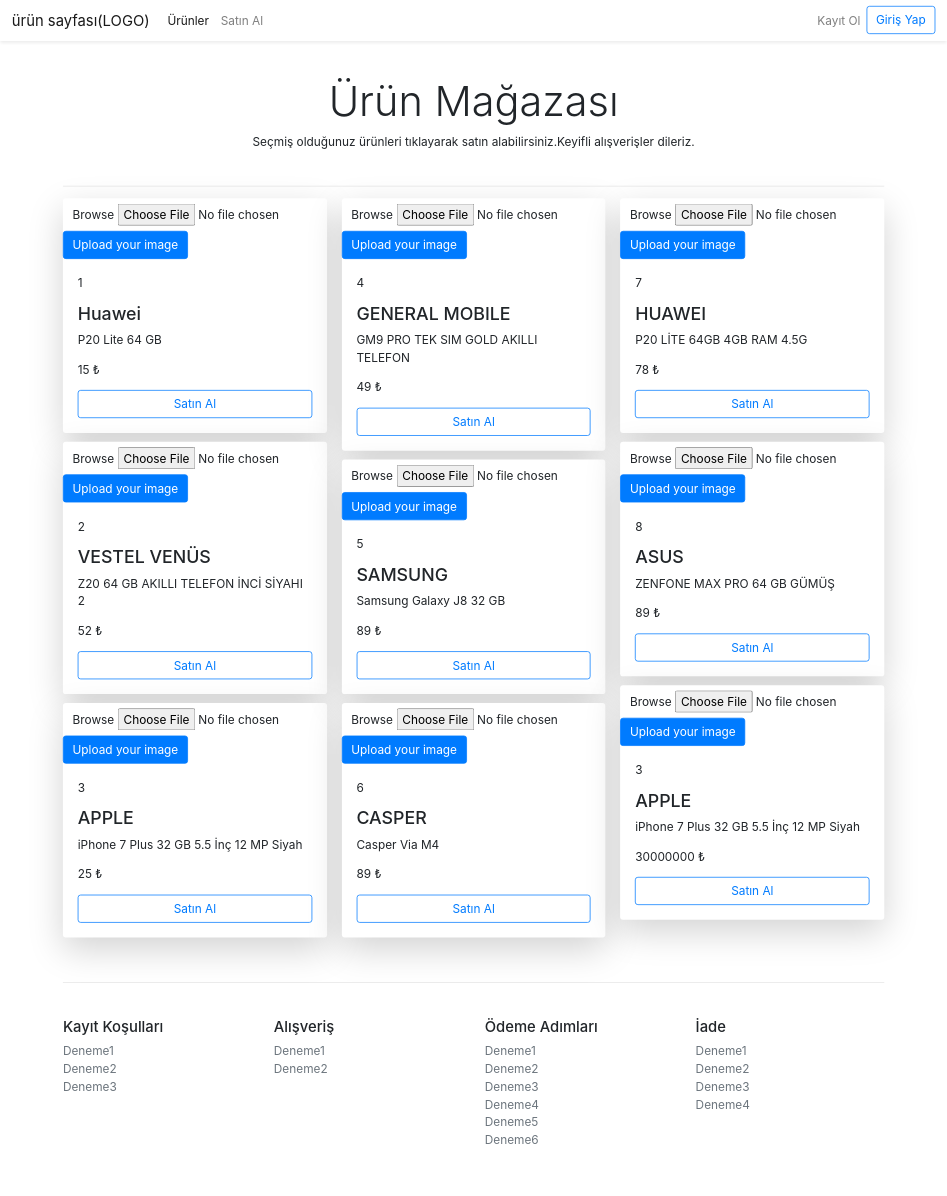
Repository: NergisAktug/E-Commerce-PythonWithFlask-Sqlite3
Page: http://localhost/
The author's editor kept a copy of each file at every save. The page is drawn from the files as they stood at one save, then again after the next save.
The browser window is 1280 px wide. The pictures show the whole page, at 74% of full size.
Some web libraries are served in a nearby version. The page is served by the project's application, run on Flask 3 (app.py). The page reads the database file committed with the project.

Above is the page before, as saved 2018-12-16 00:11:27.

### templates/index.html
<!doctype html>

<html lang="en">
  <head>
      <!-- Required meta tags -->
    <meta charset="utf-8">
    <meta name="viewport" content="width=device-width, initial-scale=1, shrink-to-fit=no">
    <link rel="stylesheet" href="https://use.fontawesome.com/releases/v5.5.0/css/all.css" integrity="sha384-B4dIYHKNBt8Bc12p+WXckhzcICo0wtJAoU8YZTY5qE0Id1GSseTk6S+L3BlXeVIU" crossorigin="anonymous">
    <!-- Bootstrap CSS -->
    <link rel="stylesheet" href="https://stackpath.bootstrapcdn.com/bootstrap/4.1.3/css/bootstrap.min.css" integrity="sha384-MCw98/SFnGE8fJT3GXwEOngsV7Zt27NXFoaoApmYm81iuXoPkFOJwJ8ERdknLPMO" crossorigin="anonymous">

    <title>Hello, world!</title>
  </head>
  <body>



    <nav class="navbar navbar-expand-lg navbar-light shadow-sm" >
        <a href="/" class="navbar-brand">ürün sayfası(LOGO)</a>
        <button class="navbar-toggler" type="button" data-toggle="collapse" data-target="#navbarMenü">
            <span class="navbar-toggler-icon"></span>
        </button>
        <div class="collapse navbar-collapse" id="navbarMenü">
            <ul class="navbar-nav mr-auto">
                <li class="nav-item">
                    <a href="/" class="nav-link active" >Ürünler</a>
                 </li>
                 <li class="nav-item">
                        <a href="/giris" class="nav-link">Satın Al</a>
                     </li>
                     </ul>

                     {% if mesaj %}
                     <ul class="navbar-nav">
                     <div class="alert alert-success">
                            <strong>Başardınız!</strong> {{mesaj}}
                          </div>
                          <li class="nav-item">
                                <a href="/uyeGiris" class="btn btn-outline-primary">Giriş Yap</a>
                               </li>
                            </ul>
                        {% else %}
        {% if  session['uye_giris'] %}
        <ul class="navbar-nav ml-auto">
               <li class="nav-item">  <a href="/sepetGoster" class="nav-link">Sepetim</a></li>
               <li class="nav-item">  <a href="/cikis" class="btn btn-outline-primary">Çıkış Yap</a></li>
            </ul>

        {% else %}
        {% if session['admin_giris']  %}
        <ul class="navbar-nav ml-auto">
                <li class="nav-item"><a href="/giris" >Admin</a></li>
                <li class="nav-item"><a href="/cikis" >Çıkış Yap</a></li>
        </ul>
        {% else %}
            <ul class="navbar-nav">
            <li class="nav-item">
            <a href="/kayit" class="nav-link">Kayıt Ol</a>
            </li>
            <li class="nav-item">
            <a href="/giris" class="btn btn-outline-primary">Giriş Yap</a>
            </li>
            </ul>
            {% endif %}
        {% endif %}
     {% endif %}
        </div>

    </nav>

    <div class="container my-5">
      <h1 class="display-4 text-center mb-2">Ürün Mağazası</h1>
       <p class="text-center mb-5">Seçmiş olduğunuz ürünleri  tıklayarak satın alabilirsiniz.Keyifli alışverişler dileriz.</p>
      <div class="clearfix"></div><hr>
      <div class="card-columns">
          {% if Urun==[] %}
          <div class="alert alert-warning" role="alert">Herhangi bir ürün yok...</div>
          {% else %}
          {% for kayit in Urun %}
          <div data-aos="fade-down" class="card border-0 shadow-lg">
                <form action="/yukle" method="post" enctype="multipart/form-data" >
                    <span class="btn btn-default btn-file">
                      Browse <input type="file" name="resim" class="card-img-top">
                    </span>

                  <input type="submit" value="Upload your image" class="btn btn-primary">
                </form>

             <div class="card-body">
                    {% for m in marka %}
                    {% if m.markaId==kayit.markaId %}

                    <p>{{m.markaId}}</p>
                    <h4>{{m.markaadi}}</h4>
                    <P>{{m.marka_modeli}} </P>
                    <p>{{kayit.urunFiyati}} ₺</p>
                    <a href="/sepet/kayit.markaId" class="btn btn-outline-primary btn-block">Satın Al</a>
                    {% endif %}
                 {% endfor %}


            </div>
          </div>

      {% endfor %}
      {% endif %}
       </div>
    <hr class="my-5">
</div>


   <footer class="my-5">
<div class="container">
      <div class="row">
     <div class="col-6 col-md-3">
       <h5>Kayıt Koşulları</h5>
       <ul class="list-unstyled">
        <li><a href="#" class="text-muted">Deneme1</a></li>
        <li><a href="#" class="text-muted">Deneme2</a></li>
        <li><a href="#" class="text-muted">Deneme3</a></li>

        </ul>
     </div>

     <div class="col-6 col-md-3">
        <h5>Alışveriş</h5>
        <ul class="list-unstyled">
            <li><a href="#" class="text-muted">Deneme1</a></li>
            <li><a href="#" class="text-muted">Deneme2</a></li>

         </ul>
      </div>
      <div class="col-6 col-md-3">
          <h5>Ödeme Adımları</h5>
          <ul class="list-unstyled">
              <li><a href="#" class="text-muted">Deneme1</a></li>
              <li><a href="#" class="text-muted">Deneme2</a></li>
              <li><a href="#" class="text-muted">Deneme3</a></li>
              <li><a href="#" class="text-muted">Deneme4</a></li>
              <li><a href="#" class="text-muted">Deneme5</a></li>
              <li><a href="#" class="text-muted">Deneme6</a></li>
           </ul>
        </div>
        <div class="col-6 col-md-3">
            <h5>İade</h5>
            <ul class="list-unstyled">
                <li><a href="#" class="text-muted">Deneme1</a></li>
                <li><a href="#" class="text-muted">Deneme2</a></li>
                <li><a href="#" class="text-muted">Deneme3</a></li>
                <li><a href="#" class="text-muted">Deneme4</a></li>
             </ul>
          </div>
      </div>
</div>
   </footer>

    <!-- Optional JavaScript -->
    <!-- jQuery first, then Popper.js, then Bootstrap JS -->
    <script src="https://unpkg.com/aos@2.3.1/dist/aos.js"></script>
    <script src="https://code.jquery.com/jquery-3.3.1.slim.min.js" integrity="sha384-q8i/X+965DzO0rT7abK41JStQIAqVgRVzpbzo5smXKp4YfRvH+8abtTE1Pi6jizo" crossorigin="anonymous"></script>
    <script src="https://cdnjs.cloudflare.com/ajax/libs/popper.js/1.14.3/umd/popper.min.js" integrity="sha384-ZMP7rVo3mIykV+2+9J3UJ46jBk0WLaUAdn689aCwoqbBJiSnjAK/l8WvCWPIPm49" crossorigin="anonymous"></script>
    <script src="https://stackpath.bootstrapcdn.com/bootstrap/4.1.3/js/bootstrap.min.js" integrity="sha384-ChfqqxuZUCnJSK3+MXmPNIyE6ZbWh2IMqE241rYiqJxyMiZ6OW/JmZQ5stwEULTy" crossorigin="anonymous"></script>
    <script>
        AOS.init();
      </script>
  </body>
</html>

### app.py
import datetime
import os
from flask import Flask,flash, request, render_template
from flask import Flask, url_for, redirect, session
from flask_sqlalchemy import SQLAlchemy
from sqlalchemy.sql import table, column, select



class ConfigClass(object):

    SECRET_KEY = 'This is an INSECURE secret!! DO NOT use this in production!!'

    SQLALCHEMY_DATABASE_URI = 'sqlite:///eticaret.sqlite'
    SQLALCHEMY_TRACK_MODIFICATIONS = False

    MAIL_SERVER = 'smtp.gmail.com'
    MAIL_PORT = 465
    MAIL_USE_SSL = True
    MAIL_USE_TLS = False
    MAIL_USERNAME = 'nergis.aktug2014@gmail.com'
    MAIL_PASSWORD = '05383896877'
    MAIL_DEFAULT_SENDER = '"MyApp" <xyz@gmail.com>'

    USER_ENABLE_EMAIL = True
    USER_ENABLE_USERNAME = False
    USER_EMAIL_SENDER_EMAIL = "noreply@example.com"


def create_app():



    app = Flask(__name__)
    app.config.from_object(__name__ + '.ConfigClass')

    db = SQLAlchemy(app)

    UPLOAD_FOLDER = os.path.basename('uploads')
    app.config['UPLOAD_FOLDER'] = UPLOAD_FOLDER

    class Kullanici(db.Model):
        __tablename__ = 'Kullanici'
        id = db.Column(db.Integer, primary_key=True)
        email = db.Column(db.String(80), unique=True)
        sifre = db.Column(db.String(80))
        rolId = db.Column(db.Integer, db.ForeignKey('rol.rolId', ondelete='CASCADE'))
        def __init__(self, email, sifre,rolId):
            self.email = email
            self.sifre = sifre
            self.rolId =rolId

    class Roller(db.Model):
        __tablename__ = 'rol'
        rolId = db.Column(db.Integer, primary_key=True)
        rolisim = db.Column(db.String(80))

    class urunler(db.Model):
        __tablename__ = 'urunler'
        urun_id = db.Column(db.Integer, primary_key=True)
        urunismi = db.Column(db.String(80))
        urunresmi = db.Column(db.String(256))
        urunstok=db.Column(db.Integer)
        urunFiyati = db.Column(db.Integer)
        markaId = db.Column(db.Integer,db.ForeignKey('markalar.markaId', ondelete='CASCADE'))

        def __init__(self, urunismi, urunresmi, urunFiyati,urunstok,markaId):
            self.urunismi =urunismi
            self.urunresmi = urunresmi
            self.urunFiyati = urunFiyati
            self.markaId=markaId
            self.urunstok=urunstok
    class markalar(db.Model):
        __tablename__ = 'markalar'
        markaId = db.Column(db.Integer, primary_key=True)
        markaadi = db.Column(db.String(80))
        marka_modeli = db.Column(db.String(80))

        def __init__(self, markaadi, marka_modeli):
            self.markaadi = markaadi
            self.marka_modeli = marka_modeli

    class musteri(db.Model):
        __tablename__ = 'musteri'
        musteriId = db.Column(db.Integer, primary_key=True)
        musteriadi = db.Column(db.String(80))
        musterisoyadi = db.Column(db.String(80))
        mail = db.Column(db.String(80), unique=True)
        telefon = db.Column(db.Integer)
        sifre = db.Column(db.String(80))
        il = db.Column(db.String(80))
        ilce = db.Column(db.String(80))
        kullaniciId = db.Column(db.Integer(), db.ForeignKey('Kullanici.id', ondelete='CASCADE'))

        def __init__(self, musteriadi, musterisoyadi, mail, telefon, sifre, il, ilce, kullaniciId):
            self.musteriadi = musteriadi
            self.musterisoyadi = musterisoyadi
            self.mail = mail
            self.telefon = telefon
            self.sifre = sifre
            self.il = il
            self.ilce = ilce
            self.kullaniciId = kullaniciId

    class siparis(db.Model):
        __tablename__ = 'siparis'
        siparisId = db.Column(db.Integer, primary_key=True)
        musteriId = db.Column(db.Integer(), db.ForeignKey('musteri.musteriId', ondelete='CASCADE'))
        urunId = db.Column(db.Integer(), db.ForeignKey('urunler.urun_id', ondelete='CASCADE'))
        siparisno = db.Column(db.Integer)
        siparisTarihi = db.Column(db.DateTime, index=True, default=datetime.datetime.utcnow())
        odemeId = db.Column(db.Integer())

        def __init__(self, musteriId, urunId, siparisno, siparisTarihi, odemeId):
            self.musteriId = musteriId
            self.urunId = urunId
            self.siparisno = siparisno
            self.siparisTarihi = siparisTarihi
            self.odemeId = odemeId




    db.create_all()



    @app.route('/')
    def anasayfa():

        marka=markalar.query.all()
        Urun=urunler.query.all()
        tumVeri=urunler.query.all()

        return render_template('index.html',tumVeri=tumVeri,Urun=Urun,marka=marka)

    @app.route('/yukle', methods=['POST'])
    def yukle():
        file = request.files['images']
        f = os.path.join(app.config['UPLOAD_FOLDER'], file.filename)
        file.save(f)
        return redirect(url_for('anasayfa'))

    @app.route('/kayit', methods=['GET', 'POST'])
    def kayit():
        if request.method == 'POST':
            mail = request.form['email']
            parola = request.form['sifre']
            yeniKullanici = Kullanici(email=mail, sifre=parola,rolId=0)
            db.session.add(yeniKullanici)
            db.session.commit()
            if yeniKullanici is not None:
                mesaj = "Kayıt Başarıyla Sağlanmıştır."
                return render_template("index.html", mesaj=mesaj)
        else:
            return render_template('kayit.html')


    @app.route('/uye', methods=['GET', 'POST'])
    def uye():
        return redirect(url_for('giris'))

    @app.route('/giris', methods=['GET', 'POST'])
    def giris():
        if request.method == 'GET':
            return render_template('uyeGiris.html')
        else:
            email = request.form['email']
            sifre = request.form['sifre']
            data = Kullanici.query.filter_by(email=email, sifre=sifre).first()
            if data is not None:

                if Kullanici.query.filter_by(email=email, sifre=sifre, rolId=1).first():
                    session['admin_giris'] = True
                    return render_template('admin.html',rolId = 1, gir = session['admin_giris'])
                else:
                    session['uye_giris'] = True

                    return redirect(url_for('anasayfa',rolId = 0, gir = session['uye_giris']))
            else:
                return render_template('uyeGiris.html')
    @app.route('/cikis')
    def cikis():
        session.pop('admin_giris',None)
        session.pop('uye_giris',None)
        return redirect(url_for("anasayfa"))
    @app.route('/urunEkle')
    def urunGoster():
        tumVeri=urunler.query.all()
        return render_template("urunEkle.html",tumVeri=tumVeri)


    @app.route('/urunEklemeYap',methods=['POST'])
    def urunEklemeYap():
        urunismi=request.form['urunismi']
        urunResmi=request.form['urunresmi']
        urunFiyati=request.form['fiyati']
        urunStok=request.form['urunstok']
        markaId=request.form['markaId']
        yeniUrun=urunler(urunismi=urunismi,urunresmi=urunResmi,urunFiyati=urunFiyati,urunstok=urunStok,markaId=markaId)
        db.session.add(yeniUrun)
        db.session.commit()
        return redirect(url_for("urunGoster"))
    @app.route("/sil/<string:id>")
    def sil(id):
        urun=urunler.query.filter_by(urun_id=id).first()
        db.session.delete(urun)
        db.session.commit()
        return redirect(url_for('urunGoster'))
    @app.route('/guncelle/<string:id>',methods=['POST','GET'])
    def guncelle(id):
        try:
            urunismi = request.form.get("urunİsmi")
            urunresmi = request.form.get("urunresmi")
            urunFiyati = request.form.get("urunFiyati")
            urunStok=request.form.get("urunstok")
            markaId = request.form.get("markaId")
            urun = urunler.query.filter_by(urun_id=id).first()
            urun.urunismi = urunismi
            urun.urunresmi=urunresmi
            urun.urunFiyati=urunFiyati
            urun.urunstok=urunStok
            urun.markaId=markaId
            db.session.commit()
        except Exception as e:
            print("güncelleme yapılamadı")
            print(e)
        return redirect(url_for('urunGoster'))
    @app.route('/sepetGoster')
    def sepetGoster():

        return render_template("sepet.html")
    @app.route('/sepet/<string:id>',methods=['POST','GET'])
    def sepet(id):
        urun=urunler.query.filter_by(urun_id=id).first()
        marka=markalar.query.filter_by(markaId=id).first()

        return  render_template("sepet.html",urun=urun,marka=marka)


    @app.route('/Markalar',methods=['POST','GET'])
    def Markalar():
       tumMarka=markalar.query.all()
       return render_template("marka.html",tumMarka=tumMarka)


    @app.route('/markaEklemeYap',methods=['POST'])
    def markaEklemeYap():
        ad=request.form['markaadi']
        model=request.form['markamodeli']
        yenimarka=markalar(markaadi=ad,marka_modeli=model)
        db.session.add(yenimarka)
        db.session.commit()
        return redirect(url_for("Markalar"))
    return app
if __name__ == '__main__':
    app=create_app()
    app.run(host='127.0.0.1', port=5000, debug=True)

### eticaret.sqlite (the tables this page reads, as SQL)
CREATE TABLE markalar (
	"markaId" INTEGER NOT NULL, 
	markaadi VARCHAR(80), 
	marka_modeli VARCHAR(80), 
	PRIMARY KEY ("markaId")
);
INSERT INTO "markalar" VALUES
(1, 'Huawei', 'P20 Lite 64 GB'),
(2, 'VESTEL VENÜS', 'Z20 64 GB AKILLI TELEFON İNCİ SİYAHI 2'),
(3, 'APPLE', 'iPhone 7 Plus 32 GB 5.5 İnç 12 MP Siyah'),
(4, 'GENERAL MOBILE ', 'GM9 PRO TEK SIM GOLD AKILLI TELEFON'),
(5, 'SAMSUNG', 'Samsung Galaxy J8 32 GB '),
(6, 'CASPER', 'Casper Via M4'),
(7, 'HUAWEI', 'P20 LİTE 64GB 4GB RAM 4.5G'),
(8, 'ASUS', 'ZENFONE MAX PRO 64 GB GÜMÜŞ'),
(9, 'LG', 'V30 PLUS 128GB AKILLI TELEFON GÜMÜŞ'),
(10, 'xiomi', 'f16');

CREATE TABLE "urunler" (
	`urun_id`	INTEGER NOT NULL,
	`urunismi`	VARCHAR ( 80 ),
	`urunresmi`	VARCHAR ( 256 ),
	`urunstok`	INTEGER,
	`urunFiyati`	INTEGER,
	`markaId`	INTEGER,
	`popular`	TEXT,
	PRIMARY KEY(`urun_id`),
	FOREIGN KEY(`markaId`) REFERENCES `markalar`(`markaId`) ON DELETE CASCADE
);
INSERT INTO "urunler" VALUES
(1, 'telefon', 'var', 50, 15, 1, '1'),
(2, 'telefon', 'var', 10, 52, 2, '0'),
(3, 'telefon', 'var', 26, 25, 3, '0'),
(4, 'telefon', 'var', 78, 49, 4, '0'),
(5, 'telefon', 'var', 52, 89, 5, '3'),
(6, 'telefon', 'var', 12, 89, 6, '2'),
(7, 'telefon', 'var', 16, 78, 7, '7'),
(8, 'telefon', 'var', 45, 89, 8, '0'),
(10, 'bilgisayar', 'yok', 1, 30000000, 3, NULL);

After the next save:
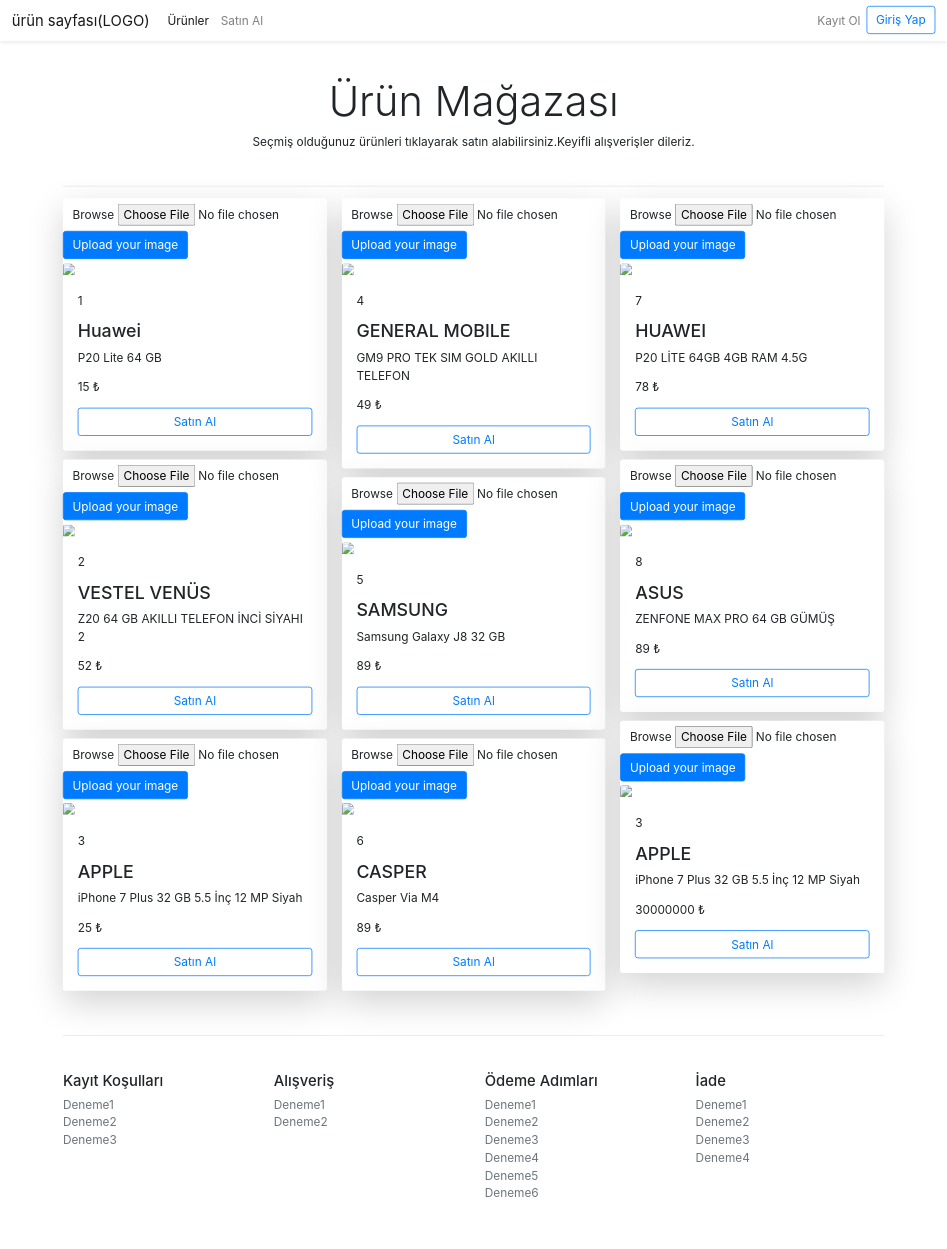
Saved 56 s later.
--- a/templates/index.html
+++ b/templates/index.html
@@ -78,14 +78,14 @@
           {% else %}
           {% for kayit in Urun %}
           <div data-aos="fade-down" class="card border-0 shadow-lg">
-                <form action="/yukle" method="post" enctype="multipart/form-data" >
+                <form action="/upload" method="post" enctype="multipart/form-data" >
                     <span class="btn btn-default btn-file">
-                      Browse <input type="file" name="resim" class="card-img-top">
+                      Browse <input type="file" name="image">
                     </span>
 
                   <input type="submit" value="Upload your image" class="btn btn-primary">
                 </form>
-
+          <img src="#"  class="card-img-top">
              <div class="card-body">
                     {% for m in marka %}
                     {% if m.markaId==kayit.markaId %}
